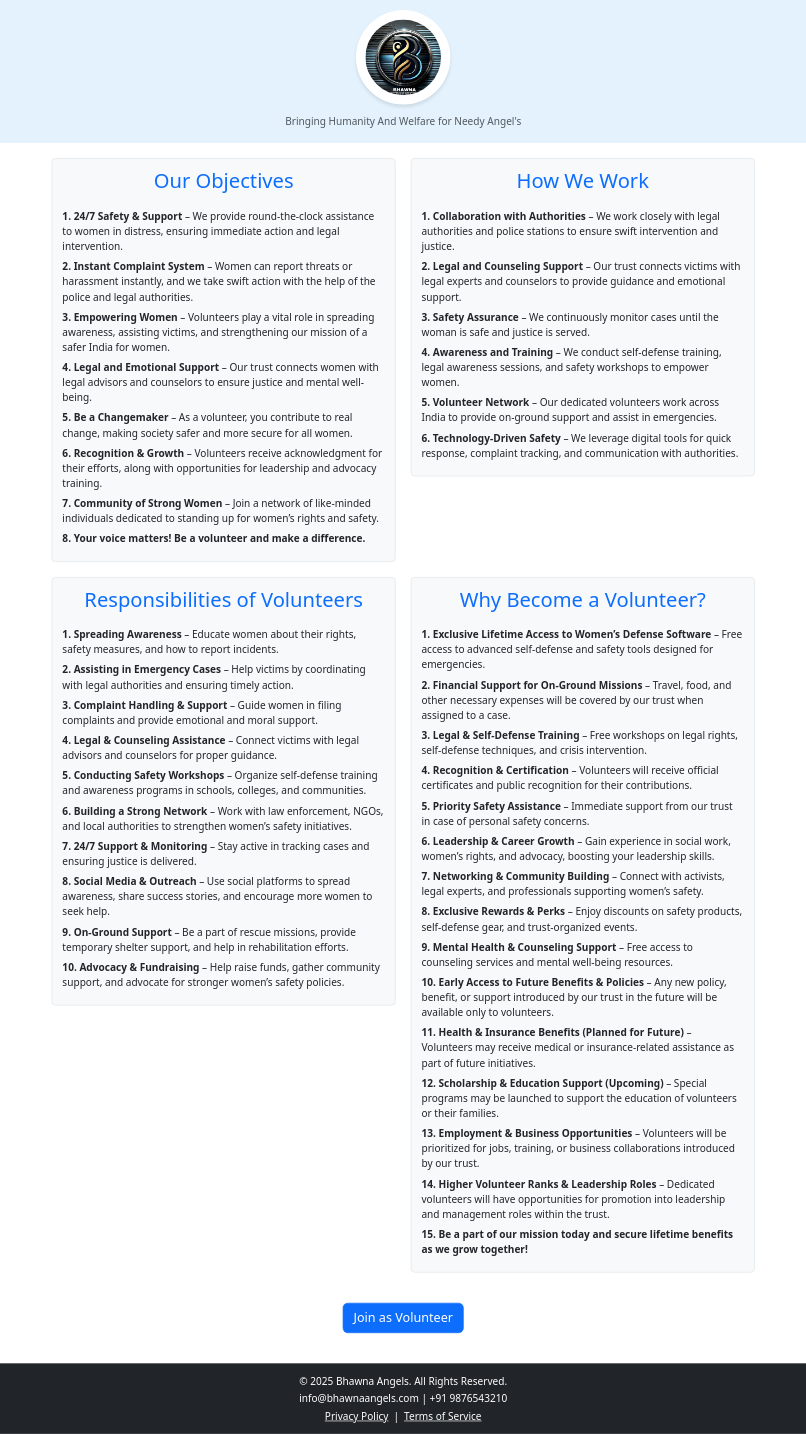
Repository: cloudwithbhawna/trust
Page: / (app in react/)
The author's editor kept a copy of each file at every save. The page is drawn from the files as they stood at one save, then again after the next save.
The browser window is 1280 px wide. The pictures show the whole page, at 63% of full size.
The project was rebuilt for these pictures with package versions that can differ from the ones it lists, and the page was loaded fresh each time. Also part of the build but not shown: react/vite.config.js, react/src/index.css, react/src/pages/RegistrationPage.jsx.

Above is the page before, as saved 2025-03-08 23:09:57.

After the next save:
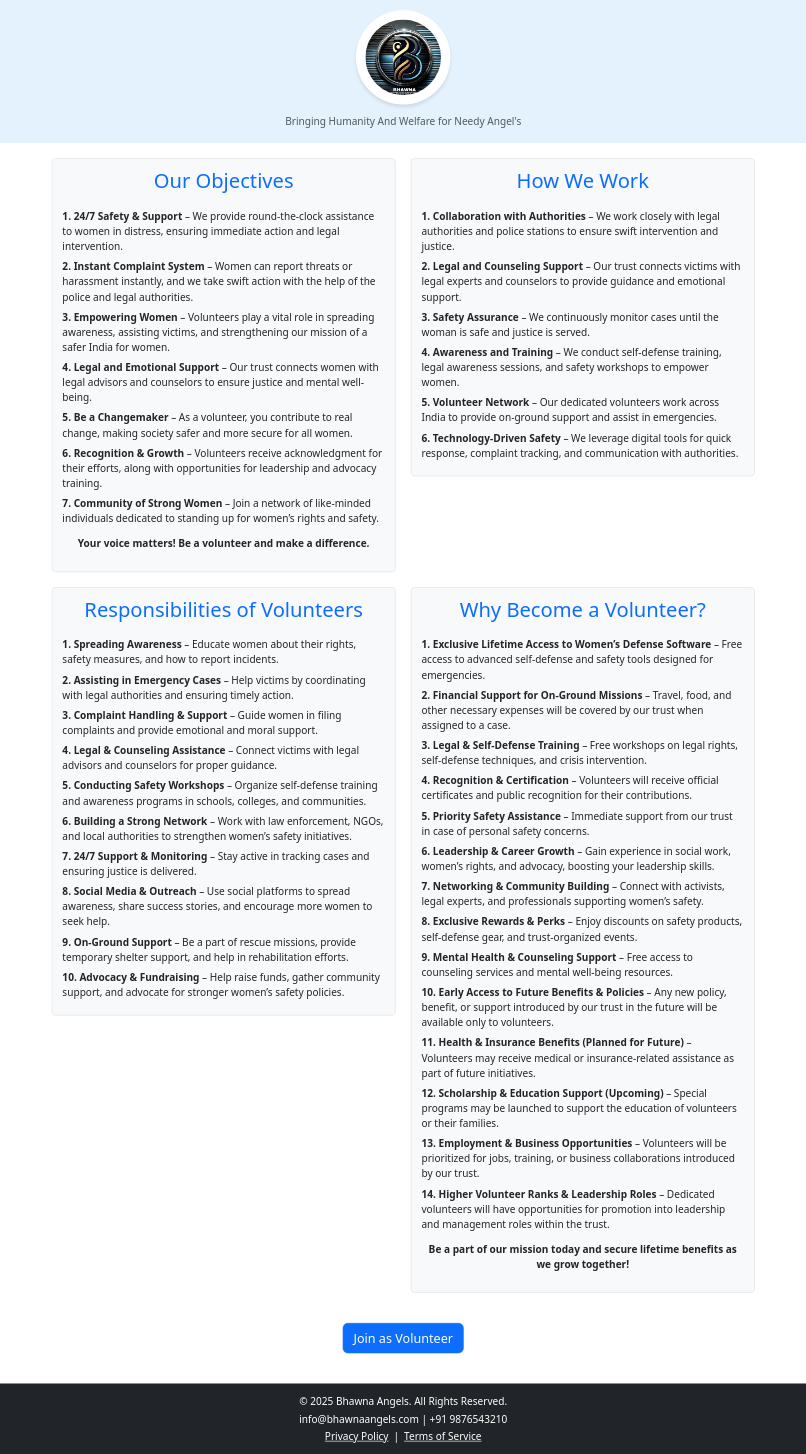
Saved 2 min 17 s later.
--- a/react/src/pages/HomePage.jsx
+++ b/react/src/pages/HomePage.jsx
@@ -55,6 +55,14 @@ const HomePage = () => {
     ],
   };
 
+  // Extract slogans from the last item of objectives and why_volunteer arrays
+  const objectiveSlogan = content.objectives[content.objectives.length - 1];
+  const volunteerSlogan = content.why_volunteer[content.why_volunteer.length - 1];
+
+  // Filter out the slogans from the numbered lists
+  const filteredObjectives = content.objectives.slice(0, -1);
+  const filteredWhyVolunteer = content.why_volunteer.slice(0, -1);
+
   // Function to format text with bold numbered points
   const formatWithNumbers = (list) => {
     return list.map((item, index) => {
@@ -74,18 +82,23 @@ const HomePage = () => {
   return (
     <div className="container mt-4">
       <div className="row">
+        {/* Objectives Section */}
         <div className="col-md-6 mb-4">
           <section className="p-3 border rounded bg-light">
             <h2 className="text-primary text-center mb-4">Our Objectives</h2>
-            {formatWithNumbers(content.objectives)}
+            {formatWithNumbers(filteredObjectives)}
+            {/* Centered Slogan */}
+            <p className="text-center fw-bold mt-3">{objectiveSlogan}</p>
           </section>
         </div>
+        {/* How We Work Section */}
         <div className="col-md-6 mb-4">
           <section className="p-3 border rounded bg-light">
             <h2 className="text-primary text-center mb-4">How We Work</h2>
             {formatWithNumbers(content.how_we_work)}
           </section>
         </div>
+        {/* Responsibilities Section */}
         <div className="col-md-6 mb-4">
           <section className="p-3 border rounded bg-light">
             <h2 className="text-primary text-center mb-4">
@@ -94,12 +107,15 @@ const HomePage = () => {
             {formatWithNumbers(content.responsibilities)}
           </section>
         </div>
+        {/* Why Become a Volunteer Section */}
         <div className="col-md-6 mb-4">
           <section className="p-3 border rounded bg-light">
             <h2 className="text-primary text-center mb-4">
               Why Become a Volunteer?
             </h2>
-            {formatWithNumbers(content.why_volunteer)}
+            {formatWithNumbers(filteredWhyVolunteer)}
+            {/* Centered Slogan */}
+            <p className="text-center fw-bold mt-3">{volunteerSlogan}</p>
           </section>
         </div>
       </div>
